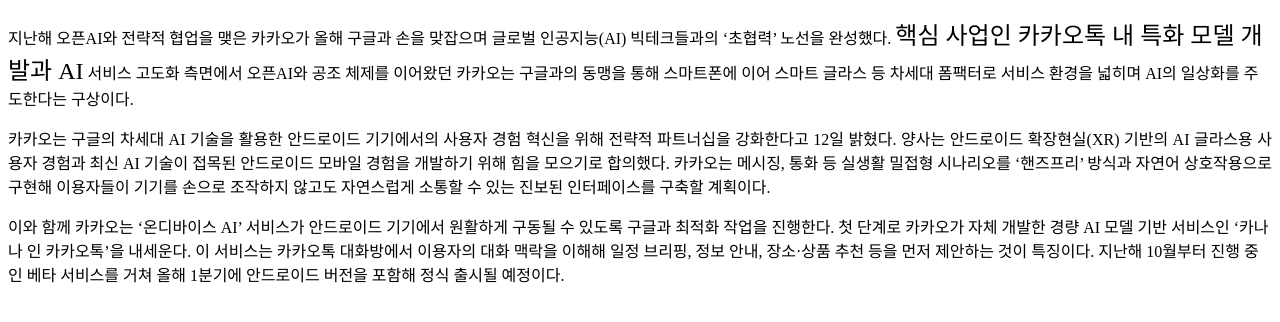
Repository: HongTaeHun337/HTML-CSS-JavaScript-
Page: html/HtmlTest/src/main/webapp/ex07_p.html
The author's editor kept a copy of each file at every save. The page is drawn from the files as they stood at one save, then again after the next save.
The browser window is 1280 px wide. The pictures show the whole page.

Above is the page before, as saved 2026-02-13 00:19:55.

### html/HtmlTest/src/main/webapp/ex07_p.html
<!DOCTYPE html>
<html>
<head>
<meta charset="UTF-8">
<title>Insert title here</title>
</head>
<body>
	<!-- ex07_p.html -->
	<!--

		<p>, paragragh
		- 문단 태그
		- 텍스트 집합
		- 쌍태그, 혼합형

		p.align

		<font>
		- 텍스트 서식
		- 쌍태그, 혼합형

		font.size
		- 1~7

		font.face
		- 글꼴(서체)

		font.color


	 -->

<p>지난해 오픈AI와 전략적 협업을 맺은 카카오가 올해 구글과 손을 맞잡으며 글로벌 인공지능(AI) 빅테크들과의 ‘초협력’ 노선을 완성했다. <font size = "5", face = "궁서체">핵심 사업인 카카오톡 내 특화 모델 개발과 AI</font> 서비스 고도화 측면에서 오픈AI와 공조 체제를 이어왔던 카카오는 구글과의 동맹을 통해 스마트폰에 이어 스마트 글라스 등 차세대 폼팩터로 서비스 환경을 넓히며 AI의 일상화를 주도한다는 구상이다.</p>

<p align="justify">카카오는 구글의 차세대 AI 기술을 활용한 안드로이드 기기에서의 사용자 경험 혁신을 위해 전략적 파트너십을 강화한다고 12일 밝혔다. 양사는 안드로이드 확장현실(XR) 기반의 AI 글라스용 사용자 경험과 최신 AI 기술이 접목된 안드로이드 모바일 경험을 개발하기 위해 힘을 모으기로 합의했다. 카카오는 메시징, 통화 등 실생활 밀접형 시나리오를 ‘핸즈프리’ 방식과 자연어 상호작용으로 구현해 이용자들이 기기를 손으로 조작하지 않고도 자연스럽게 소통할 수 있는 진보된 인터페이스를 구축할 계획이다.</p>

<p>이와 함께 카카오는 ‘온디바이스 AI’ 서비스가 안드로이드 기기에서 원활하게 구동될 수 있도록 구글과 최적화 작업을 진행한다. 첫 단계로 카카오가 자체 개발한 경량 AI 모델 기반 서비스인 ‘카나나 인 카카오톡’을 내세운다. 이 서비스는 카카오톡 대화방에서 이용자의 대화 맥락을 이해해 일정 브리핑, 정보 안내, 장소·상품 추천 등을 먼저 제안하는 것이 특징이다. 지난해 10월부터 진행 중인 베타 서비스를 거쳐 올해 1분기에 안드로이드 버전을 포함해 정식 출시될 예정이다.</p>


</body>
</html>

After the next save:
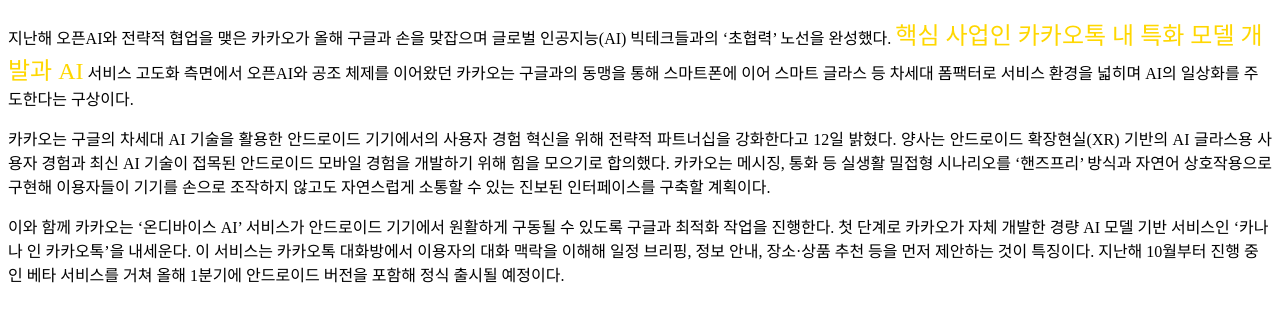
Saved 7 min 42 s later.
--- a/html/HtmlTest/src/main/webapp/ex07_p.html
+++ b/html/HtmlTest/src/main/webapp/ex07_p.html
@@ -24,13 +24,17 @@
 
 		font.face
 		- 글꼴(서체)
+		- 폰트는 서버측 폰트 사용(X) > 클라이언트(브라우저) 컴퓨터의 폰트를 사용
+		- 되도록 모든 컴퓨터에 설치되어 있을 확률이 높은 폰트를 사용
 
 		font.color
+		- 텍스트 색상
+		- Color Name / RGB
 
 
 	 -->
 
-<p>지난해 오픈AI와 전략적 협업을 맺은 카카오가 올해 구글과 손을 맞잡으며 글로벌 인공지능(AI) 빅테크들과의 ‘초협력’ 노선을 완성했다. <font size = "5", face = "궁서체">핵심 사업인 카카오톡 내 특화 모델 개발과 AI</font> 서비스 고도화 측면에서 오픈AI와 공조 체제를 이어왔던 카카오는 구글과의 동맹을 통해 스마트폰에 이어 스마트 글라스 등 차세대 폼팩터로 서비스 환경을 넓히며 AI의 일상화를 주도한다는 구상이다.</p>
+<p>지난해 오픈AI와 전략적 협업을 맺은 카카오가 올해 구글과 손을 맞잡으며 글로벌 인공지능(AI) 빅테크들과의 ‘초협력’ 노선을 완성했다. <font size = "5" face = "궁서체" color = "gold">핵심 사업인 카카오톡 내 특화 모델 개발과 AI</font> 서비스 고도화 측면에서 오픈AI와 공조 체제를 이어왔던 카카오는 구글과의 동맹을 통해 스마트폰에 이어 스마트 글라스 등 차세대 폼팩터로 서비스 환경을 넓히며 AI의 일상화를 주도한다는 구상이다.</p>
 
 <p align="justify">카카오는 구글의 차세대 AI 기술을 활용한 안드로이드 기기에서의 사용자 경험 혁신을 위해 전략적 파트너십을 강화한다고 12일 밝혔다. 양사는 안드로이드 확장현실(XR) 기반의 AI 글라스용 사용자 경험과 최신 AI 기술이 접목된 안드로이드 모바일 경험을 개발하기 위해 힘을 모으기로 합의했다. 카카오는 메시징, 통화 등 실생활 밀접형 시나리오를 ‘핸즈프리’ 방식과 자연어 상호작용으로 구현해 이용자들이 기기를 손으로 조작하지 않고도 자연스럽게 소통할 수 있는 진보된 인터페이스를 구축할 계획이다.</p>
 
